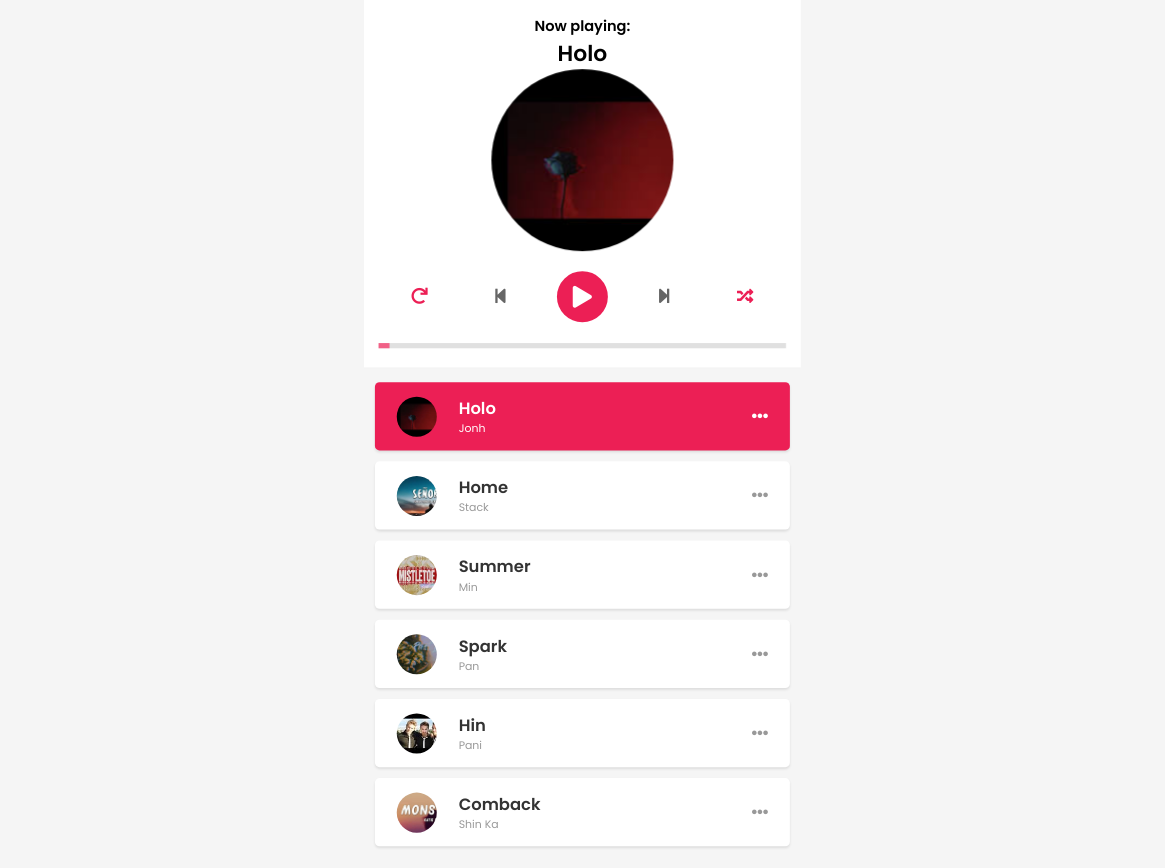
Repository: MinhNhatIT2901/Mp3-clon
Page: index.html
The author's editor kept a copy of each file at every save. The page is drawn from the files as they stood at one save, then again after the next save.
The browser window is 1280 px wide. The pictures show the whole page, at 91% of full size.

Above is the page before, as saved 2022-01-02 16:06:22.

### index.html
<!DOCTYPE html>
<html lang="en">
<head>
    <meta charset="UTF-8">
    <meta http-equiv="X-UA-Compatible" content="IE=edge">
    <meta name="viewport" content="width=device-width, initial-scale=1.0">
    <title>Document</title>
    <link rel="stylesheet" href="./asset/css/app.css">
    <link rel="stylesheet" href="https://cdnjs.cloudflare.com/ajax/libs/font-awesome/5.15.2/css/all.min.css" integrity="sha512-HK5fgLBL+xu6dm/Ii3z4xhlSUyZgTT9tuc/hSrtw6uzJOvgRr2a9jyxxT1ely+B+xFAmJKVSTbpM/CuL7qxO8w==" crossorigin="anonymous" />
    <link rel="preconnect" href="https://fonts.gstatic.com">
    <link href="https://fonts.googleapis.com/css2?family=Poppins:wght@300;400;600&display=swap" rel="stylesheet">
</head>
<body>
    <div class="player">
        <div class="dashboard">
            <div class="header" style="text-align: center">
                <h4>Now playing:</h4>
                <h2 class="header-name">String 57th & 9th</h2>
            </div>

            <div class="cd">
                <div class="cd-thumb" style="background-image: url('https://i.ytimg.com/vi/jTLhQf5KJSc/maxresdefault.jpg')">
                </div>
            </div>

            <div class="control">
                <div class="btn btn-repeat">
                    <i class="fas fa-redo"></i>
                </div>
                <div class="btn btn-prev">
                    <i class="fas fa-step-backward"></i>
                </div>
                <div class="btn btn-toggle-play">
                    <i class="fas fa-pause icon-pause"></i>
                    <i class="fas fa-play icon-play"></i>
                </div>
                <div class="btn btn-next">
                    <i class="fas fa-step-forward"></i>
                </div>
                <div class="btn btn-random">
                    <i class="fas fa-random"></i>
                </div>
            </div>

            <input id="progress" class="progress" type="range" value="0" step="1" min="0" max="100">
            <audio id="audio" src=""></audio>
        </div>

        <div class="playlist">
        </div>
    </div>
</body>
    <script src="./asset/css/app.js"></script>
</html>

### asset/css/app.css
:root {
  --primary-color: #ec1f55;
  --text-color: #333;
}

* {
  padding: 0;
  margin: 0;
  box-sizing: inherit;
}

body {
  background-color: #f5f5f5;
}

html {
  box-sizing: border-box;
  font-family: "Poppins", sans-serif;
}

.player {
  position: relative;
  max-width: 480px;
  margin: 0 auto;
}

.player .icon-pause {
  display: none;
}

.player.playing .icon-pause {
  display: inline-block;
}

.player.playing .icon-play {
  display: none;
}

.dashboard {
  padding: 16px 16px 14px;
  background-color: #fff;
  position: fixed;
  top: 0;
  width: 100%;
  max-width: 480px;
  border-bottom: 1px solid #ebebeb;
}

/* HEADER */
header {
  text-align: center;
  margin-bottom: 10px;
}

header h4 {
  color: var(--primary-color);
  font-size: 12px;
}

header h2 {
  color: var(--text-color);
  font-size: 20px;
}

/* CD */
.cd {
  display: flex;
  margin: auto;
  width: 200px;
}

.cd-thumb {
  width: 100%;
  padding-top: 100%;
  border-radius: 50%;
  background-color: #333;
  background-size: cover;
  margin: auto;
}

/* CONTROL */
.control {
  display: flex;
  align-items: center;
  justify-content: space-around;
  padding: 18px 0 8px 0;
}

.control .btn {
  color: #666;
  padding: 18px;
  font-size: 18px;
}

.control .btn.active {
  color: var(--primary-color);
}

.control .btn-toggle-play {
  width: 56px;
  height: 56px;
  border-radius: 50%;
  font-size: 24px;
  color: #fff;
  display: flex;
  align-items: center;
  justify-content: center;
  background-color: var(--primary-color);
}

.progress {
  width: 100%;
  -webkit-appearance: none;
  height: 6px;
  background: #d3d3d3;
  outline: none;
  opacity: 0.7;
  -webkit-transition: 0.2s;
  transition: opacity 0.2s;
}

.progress::-webkit-slider-thumb {
  -webkit-appearance: none;
  appearance: none;
  width: 12px;
  height: 6px;
  background-color: var(--primary-color);
  cursor: pointer;
}

/* PLAYLIST */
.playlist {
  margin-top: 408px;
  padding: 12px;
}

.song {
  display: flex;
  align-items: center;
  margin-bottom: 12px;
  background-color: #fff;
  padding: 8px 16px;
  border-radius: 5px;
  box-shadow: 0 2px 3px rgba(0, 0, 0, 0.1);
}

.song.active {
  background-color: var(--primary-color);
}

.song:active {
  opacity: 0.8;
}

.song.active .option,
.song.active .author,
.song.active .title {
  color: #fff;
}

.song .thumb {
  width: 44px;
  height: 44px;
  border-radius: 50%;
  background-size: cover;
  margin: 0 8px;
}

.song .body {
  flex: 1;
  padding: 0 16px;
}

.song .title {
  font-size: 18px;
  color: var(--text-color);
}

.song .author {
  font-size: 12px;
  color: #999;
}

.song .option {
  padding: 16px 8px;
  color: #999;
  font-size: 18px;
}

### asset/css/app.js
const $ = document.querySelector.bind(document);
const $$ = document.querySelectorAll.bind(document);

const PLAYER_STORAGE_KEY = 'NMN';

const cd = $('.cd');
const heading = $('.header-name');
const cdThumb = $('.cd-thumb');
const audio = $('#audio');
const playBtn = $('.btn-toggle-play');
const player = $('.player');
const progress = $('#progress');
const prevBtn = $('.btn-prev');
const nextBtn = $('.btn-next');
const randomBtn = $('.btn-random');
const repeatBtn = $('.btn-repeat');
const playList = $('.playlist');


const app = {
    currentIndex: 0,
    isPlaying: false,
    isRandom: false,
    isRepeat: false,
    config: JSON.parse(localStorage.getItem(PLAYER_STORAGE_KEY)) || {},
    songs: [
        {
            name: 'Holo',
            singer: 'Jonh',
            path: './asset/music/holo.mp3',
            image: './asset/img/img1.jpg'
        },
        {
            name: 'Home',
            singer: 'Stack',
            path: './asset/music/home.mp3',
            image: './asset/img/img2.jpg'
        },
        {
            name: 'Summer',
            singer: 'Min',
            path: './asset/music/mp3_music_summer.mp3',
            image: './asset/img/img3.jpg'
        },
        {
            name: 'Spark',
            singer: 'Pan',
            path: './asset/music/spark.mp3',
            image: './asset/img/img4.jpg'
        },
        {
            name: 'Hin',
            singer: 'Pani',
            path: './asset/music/home.mp3',
            image: './asset/img/img5.jpg'
        },
        {
            name: 'Comback',
            singer: 'Shin Ka',
            path: './asset/music/mp3_music_summer.mp3',
            image: './asset/img/img6.jpg'
        },
    ],
    setConfig: function(key, value) {
        this.config[key] = value
        localStorage.setItem(PLAYER_STORAGE_KEY, JSON.stringify(this.config))
    },
    render: function() {
        const htmls = this.songs.map((song, index) => {
            return `
            <div class="song ${index === this.currentIndex ? 'active' : ''}" data-index="${index}">
                <div class="thumb"
                    style="background-image: url('${song.image}')">
                </div>
                <div class="body">
                    <h3 class="title">${song.name}</h3>
                    <p class="author">${song.singer}</p>
                </div>
                <div class="option">
                    <i class="fas fa-ellipsis-h"></i>
                </div>
            </div>
            `
        })
        playList.innerHTML = htmls.join('');
    },
    defineProperties: function() {
        Object.defineProperty(this, 'currentSong', {
            get: function() {
                return this.songs[this.currentIndex]
            }
        })
    },
    handleEvents: function() {
        const _this = this

        // Xu ly phong to hoac thu nho CD
        const cdWidth = cd.offsetWidth;
        document.onscroll = function() {
            const scrollTop = window.scrollY || document.documentElement.scrollTop;
            const newCdWidth = cdWidth - scrollTop;

            cd.style.width = newCdWidth > 0 ? newCdWidth + 'px' : 0;
            cd.style.opacity = newCdWidth / cdWidth;
        }

        // Xu ly khi click play
        playBtn.onclick = function() {
            if(_this.isPlaying) {
                audio.pause()
            }else {
                audio.play()
            }
        }

        // Khi song duoc play
        audio.onplay = function() {
            _this.isPlaying = true
            player.classList.add('playing')
            cdThumbAnimate.play()
        }

        // Khi song bi pause
        audio.onpause = function() {
            _this.isPlaying = false
            player.classList.remove('playing')
            cdThumbAnimate.pause()
        }

        // Bắt tiến độ bài hát
        audio.ontimeupdate = function() {
            if(audio.duration) {
                const progressPercent = Math.floor(audio.currentTime / audio.duration * 100)
                progress.value = progressPercent
            }
        }

        // Xu ly khi tua
        progress.onchange = function(e) {
            const seekTime =  audio.duration / 100 * e.target.value
            audio.currentTime = seekTime
        }

        // Xử lý CD quay / dừng
        const cdThumbAnimate = cdThumb.animate([
            { transform: 'rotate(360deg)'}
        ], {
            duration: 10000, // 10 seconds
            iterations: Infinity
        })
        cdThumbAnimate.pause()

        // Khi next song
        nextBtn.onclick = function() {
            if(_this.isRandom) {
                _this.playRandomSong()
            }else {
                _this.nextSong()
            }
            audio.play()
            _this.render()
            // _this.scrollToActiveSong()
        }

        // Khi prev song
        prevBtn.onclick = function() {
            if(_this.isRandom) {
                _this.playRandomSong()
            }else {
                _this.prevSong()
            }
            audio.play()
            _this.render()
            // _this.scrollToActiveSong()
        }

        // Click random button
        randomBtn.onclick = function(e) {
            _this.isRandom = !_this.isRandom
            _this.setConfig('isRandom', this.isRandom)
            randomBtn.classList.toggle('active', _this.isRandom)
        }

        // Click repeat
        repeatBtn.onclick = function(e) {
            _this.isRepeat = !_this.isRepeat
            _this.setConfig('isRepeat', this.isRepeat)
            repeatBtn.classList.toggle('active', _this.isRepeat)
        }

        // Next song when audio ended or back
        audio.onended = function() {
            if(_this.isRepeat) {
                audio.play()
            }else {
                nextBtn.click()
            }
        }

        // Click playlist
        playList.onclick = function(e) {
            const songNode = e.target.closest('.song:not(.active)')
            if(songNode || e.target.closest('.option')) {

                // Xu ly khi click vao song
                if(songNode) {
                    _this.currentIndex = Number(songNode.dataset.index)
                    _this.loadCurrentSong()
                    _this.render()
                    audio.play()
                }

                // Xu ly khi click vao option song
                if(e.target.closest('.option')) {
                }
            }
        }
    },
    loadCurrentSong: function() {
        heading.textContent = this.currentSong.name;
        cdThumb.style.backgroundImage = `url('${this.currentSong.image}')`;
        audio.src = this.currentSong.path;
    },
    loadConfig: function () {
        this.isRandom= this.config.isRandom
        this.isRepeat= this.config.isRepeat
    },
    nextSong: function() {
        this.currentIndex++
        if(this.currentIndex >= this.songs.length) {
            this.currentIndex = 0
        }
        this.loadCurrentSong()
    },
    prevSong: function() {
        this.currentIndex--
        if(this.currentIndex < 0) {
            this.currentIndex = this.songs.length - 1
        }
        this.loadCurrentSong()
    },
    playRandomSong: function() {
        let newIndex
        do {
            newIndex = Math.floor(Math.random() * this.songs.length)
        }while(newIndex === this.currentIndex)
        this.currentIndex = newIndex
        this.loadCurrentSong()
    },
    // scrollToActiveSong: function() {
    //     setTimeout ( () => {
    //         $('.song.active').scrollIntoView({
    //             behavior: 'smooth',
    //             block: 'neares'
    //         })
    //     }, 300)
    // },
    start: function() {
        this.loadConfig();
        // Định nghĩa các thuộc tính cho object
        this.defineProperties();

        // Lắng nghe / xử lý các sự kiện (DOM event)
        this.handleEvents();

        // Load thong tin bai hat dau tien vao` UI
        this.loadCurrentSong();

        // Render playlist
        this.render();

        randomBtn.classList.toggle('active', this.isRandom)
        repeatBtn.classList.toggle('active', this.isRepeat)
    }
}

app.start();

After the next save:
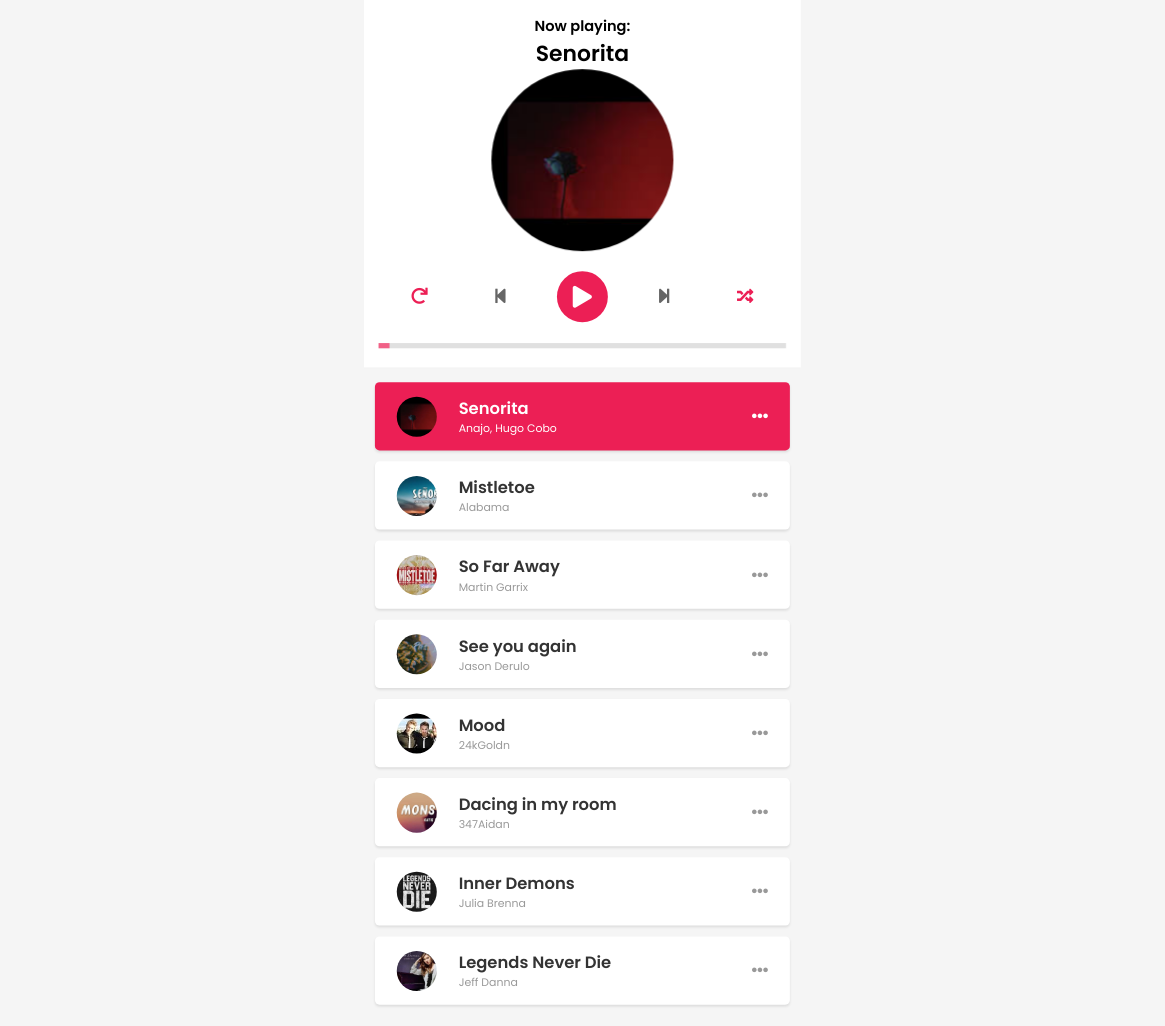
Saved 2 h 51 min later.
--- a/asset/css/app.js
+++ b/asset/css/app.js
@@ -25,41 +25,53 @@ const app = {
     config: JSON.parse(localStorage.getItem(PLAYER_STORAGE_KEY)) || {},
     songs: [
         {
-            name: 'Holo',
-            singer: 'Jonh',
-            path: './asset/music/holo.mp3',
+            name: 'Senorita',
+            singer: 'Anajo, Hugo Cobo',
+            path: './asset/music/music1.mp3',
             image: './asset/img/img1.jpg'
         },
         {
-            name: 'Home',
-            singer: 'Stack',
-            path: './asset/music/home.mp3',
+            name: 'Mistletoe',
+            singer: 'Alabama',
+            path: './asset/music/music2.mp3',
             image: './asset/img/img2.jpg'
         },
         {
-            name: 'Summer',
-            singer: 'Min',
-            path: './asset/music/mp3_music_summer.mp3',
+            name: 'So Far Away',
+            singer: 'Martin Garrix',
+            path: './asset/music/music3.mp3',
             image: './asset/img/img3.jpg'
         },
         {
-            name: 'Spark',
-            singer: 'Pan',
-            path: './asset/music/spark.mp3',
+            name: 'See you again',
+            singer: 'Jason Derulo',
+            path: './asset/music/music4.mp3',
             image: './asset/img/img4.jpg'
         },
         {
-            name: 'Hin',
-            singer: 'Pani',
-            path: './asset/music/home.mp3',
+            name: 'Mood',
+            singer: '24kGoldn',
+            path: './asset/music/music5.mp3',
             image: './asset/img/img5.jpg'
         },
         {
-            name: 'Comback',
-            singer: 'Shin Ka',
-            path: './asset/music/mp3_music_summer.mp3',
+            name: 'Dacing in my room',
+            singer: '347Aidan',
+            path: './asset/music/music6.mp3',
             image: './asset/img/img6.jpg'
         },
+        {
+            name: 'Inner Demons',
+            singer: 'Julia Brenna',
+            path: './asset/music/music7.mp3',
+            image: './asset/img/img7.jpg'
+        },
+        {
+            name: 'Legends Never Die',
+            singer: 'Jeff Danna',
+            path: './asset/music/music8.mp3',
+            image: './asset/img/img8.jpg'
+        }
     ],
     setConfig: function(key, value) {
         this.config[key] = value
